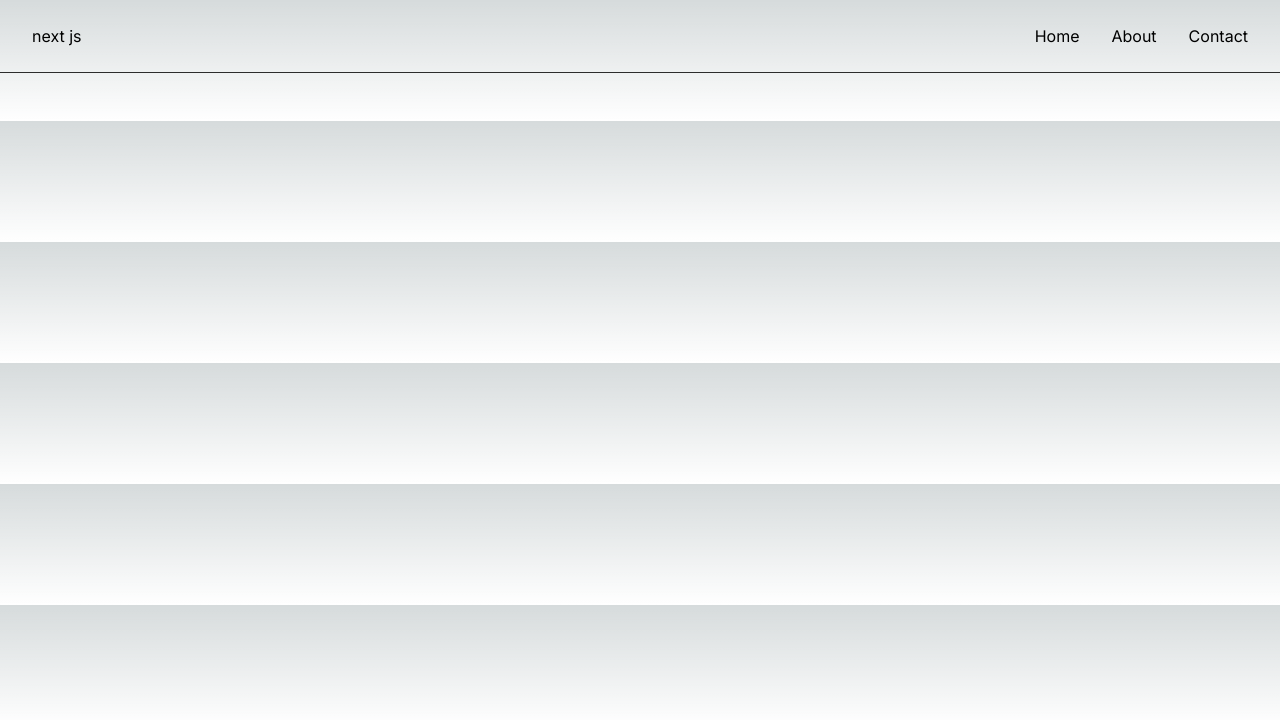
Repository: VilokMasuti/Nextjs-practice
Page: /projects
An editor plug-in stored every save of this project. The page is shown before and after the next save, followed by the edit.
The browser window is 1280 px wide. The pictures show the whole page.
The project was rebuilt for these pictures with package versions that can differ from the ones it lists, and the page was loaded fresh each time. The framework's server and built-in components were replaced by stand-ins that run in the browser. Also part of the build but not shown: next.config.mjs.

Above is the page before, as saved 2024-03-03 18:45:57.

After the next save:
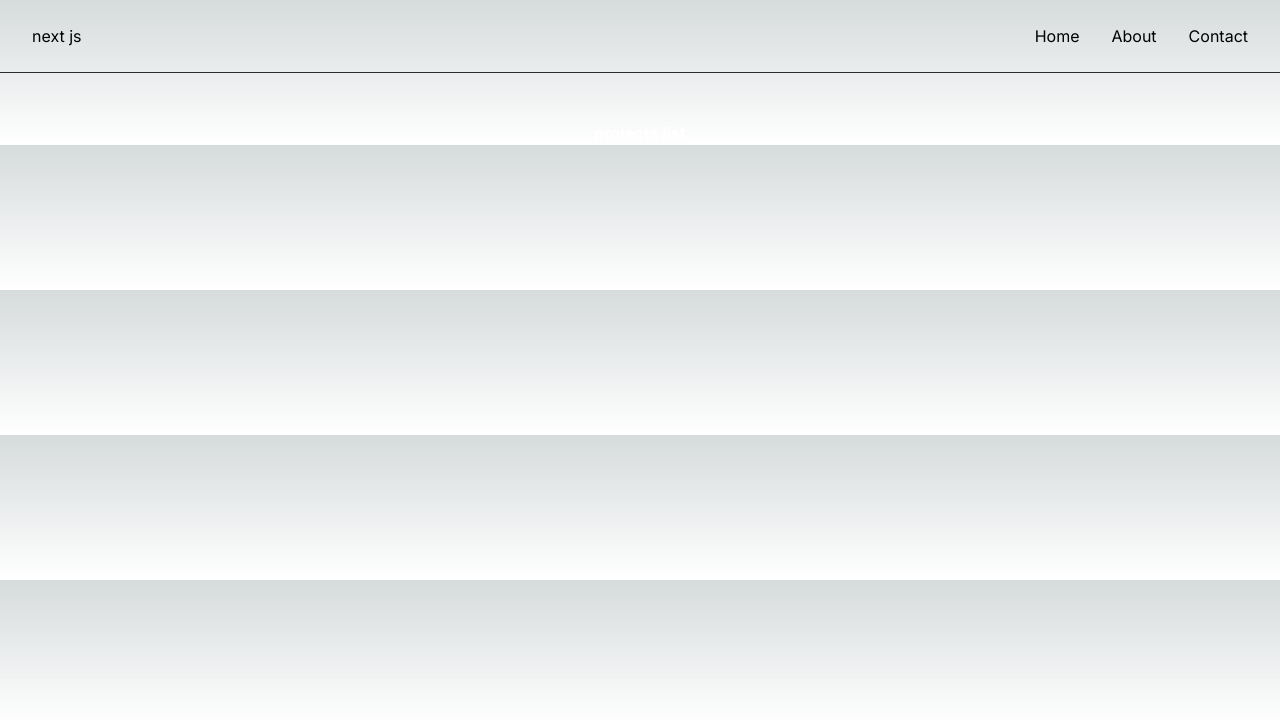
Saved 8 min 7 s later.
--- a/app/(dashbord)/projects/page.tsx
+++ b/app/(dashbord)/projects/page.tsx
@@ -1,5 +1,8 @@
 export default function Projects() {
   return (
-    <h1 className=" flex items-center  mt-12 justify-center text-white font-bold"></h1>
+    <h1 className=" flex items-center  mt-12 justify-center text-white font-bold">
+      {" "}
+      projects list
+    </h1>
   );
 }
